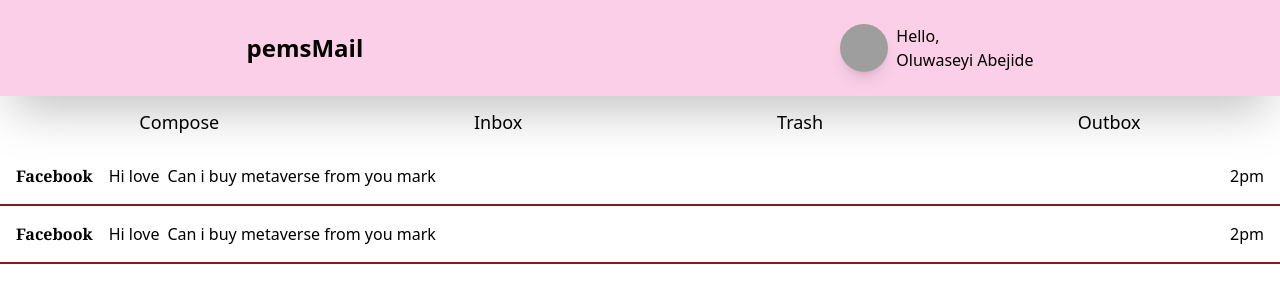
Repository: Semanmernstack/mailclone
Page: /
These files come from the project's save history. The page is drawn as it stood at one moment and after the next save; the edit follows.
The browser window is 1280 px wide. The pictures show the whole page.
Pictures or frames that could not be fetched are drawn as grey boxes. The project was rebuilt for these pictures with package versions that can differ from the ones it lists, and the page was loaded fresh each time. Also part of the build but not shown: src/features/counter/Counter.module.css, src/features/counter/Counter.js.

Above is the page before, as saved 2023-01-16 02:53:44.

### src/App.js
import React from 'react';

import { Counter } from './features/counter/Counter';
import Header from './Header';
import {
  BrowserRouter,
  Routes,
  Route,
} from "react-router-dom";
import Open from './Open';
import Topbar from './Topbar';


function App() {
  return (
    <div className="App">

      <BrowserRouter>

        <Header/>
        <Topbar/>
        <Routes>
          <Route exact path="/" element={<Open/>} />
        </Routes>
      </BrowserRouter>
    </div>
  );
}

export default App;

### src/features/counter/counterSlice.js
import { createAsyncThunk, createSlice } from '@reduxjs/toolkit';
import { fetchCount } from './counterAPI';

const initialState = {
  value: 0,
  status: 'idle',
};

// The function below is called a thunk and allows us to perform async logic. It
// can be dispatched like a regular action: `dispatch(incrementAsync(10))`. This
// will call the thunk with the `dispatch` function as the first argument. Async
// code can then be executed and other actions can be dispatched. Thunks are
// typically used to make async requests.
export const incrementAsync = createAsyncThunk(
  'counter/fetchCount',
  async (amount) => {
    const response = await fetchCount(amount);
    // The value we return becomes the `fulfilled` action payload
    return response.data;
  }
);

export const counterSlice = createSlice({
  name: 'counter',
  initialState,
  // The `reducers` field lets us define reducers and generate associated actions
  reducers: {
    increment: (state) => {
      // Redux Toolkit allows us to write "mutating" logic in reducers. It
      // doesn't actually mutate the state because it uses the Immer library,
      // which detects changes to a "draft state" and produces a brand new
      // immutable state based off those changes
      state.value += 1;
    },
    decrement: (state) => {
      state.value -= 1;
    },
    // Use the PayloadAction type to declare the contents of `action.payload`
    incrementByAmount: (state, action) => {
      state.value += action.payload;
    },
  },
  // The `extraReducers` field lets the slice handle actions defined elsewhere,
  // including actions generated by createAsyncThunk or in other slices.
  extraReducers: (builder) => {
    builder
      .addCase(incrementAsync.pending, (state) => {
        state.status = 'loading';
      })
      .addCase(incrementAsync.fulfilled, (state, action) => {
        state.status = 'idle';
        state.value += action.payload;
      });
  },
});

export const { increment, decrement, incrementByAmount } = counterSlice.actions;

// The function below is called a selector and allows us to select a value from
// the state. Selectors can also be defined inline where they're used instead of
// in the slice file. For example: `useSelector((state: RootState) => state.counter.value)`
export const selectCount = (state) => state.counter.value;

// We can also write thunks by hand, which may contain both sync and async logic.
// Here's an example of conditionally dispatching actions based on current state.
export const incrementIfOdd = (amount) => (dispatch, getState) => {
  const currentValue = selectCount(getState());
  if (currentValue % 2 === 1) {
    dispatch(incrementByAmount(amount));
  }
};

export default counterSlice.reducer;

### src/Header.js
import React from 'react'

function Header() {
  return (
    <div className="flex items-center justify-around p-2     h-24 bg-pink-200 border-b-pink-800 shadow-2xl">
        <div>
            <h1 className="text-lg md:text-2xl font-semibold">pemsMail</h1>

        </div>
        <div className="flex items-center justify-evenly">

            <img className="h-12 w-12 rounded-full shadow-lg" src="https://cdn.pixabay.com/photo/2022/12/01/12/26/countryside-7629017__340.jpg" alt="pic" />
            <div className="ml-2">
                <p>Hello,</p>
                <p>Oluwaseyi Abejide</p>
            </div>
        </div>
    </div>
  )
}

export default Header

### src/Open.js
import React from 'react'
import OpenRow from './OpenRow'

function Open() {
  return (
    <div>
         <OpenRow
                    title="Facebook"
                    subject="Hi love"
                    description="Can i buy metaverse from you mark"
                    time="2pm"
                />
                <OpenRow
                    title="Facebook"
                    subject="Hi love"
                    description="Can i buy metaverse from you mark"
                    time="2pm"
                />
    </div>
  )
}

export default Open

### src/Topbar.js
import React from 'react'

function Topbar() {
  return (
    <div className="flex items-center justify-around text-lg p-3">
        <div className='hover:underline hover:text-red-900 hover:text-2xl'>
            <p>Compose</p>
        </div>
        <div className='hover:underline hover:text-red-900 hover:text-2xl'>
            <p>Inbox</p>
        </div>
        <div className='hover:underline hover:text-red-900 hover:text-2xl'>
            <p>Trash</p>
        </div>
        <div className='hover:underline hover:text-red-900 hover:text-2xl'>
            <p>Outbox</p>
        </div>
    </div>
  )
}

export default Topbar

### src/OpenRow.js
import React from 'react'

function OpenRow({ title, subject, description, time }) {
  return (
    <div className="flex items-center gap-4 border-b-2 border-b-red-900 p-4">
      <div className="font-bold font-serif">
            <h3>{title}</h3>
        </div>
        <div className="flex-1">
            <h4>{subject}
                <span className="ml-2"  >{description}</span>
            </h4>
        </div>
        <div className="">
            <h4>{time}</h4>
        </div>
    </div>
  )
}

export default OpenRow

Loaded but not shown: public/index.html (common file); src/index.js (common file); src/app/store.js (common file); src/reportWebVitals.js (common file); src/index.css (common file); src/features/counter/counterAPI.js (common file); tailwind.config.js (common file)

After the next save:
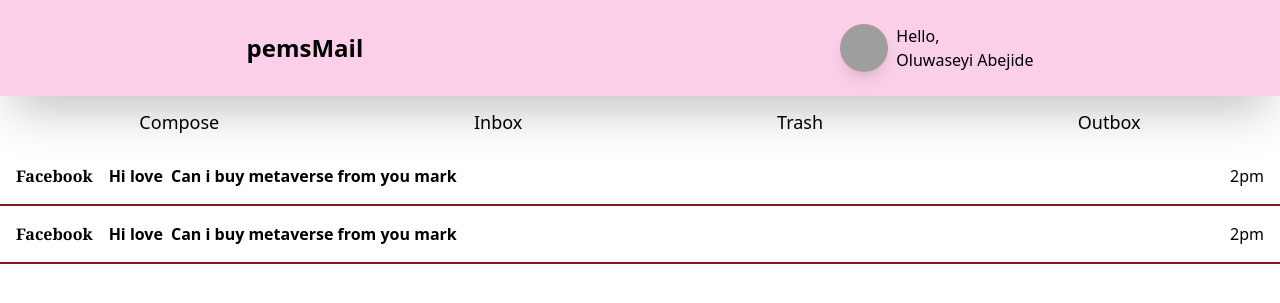
Saved 41 s later.
--- a/src/OpenRow.js
+++ b/src/OpenRow.js
@@ -7,7 +7,7 @@ function OpenRow({ title, subject, description, time }) {
             <h3>{title}</h3>
         </div>
         <div className="flex-1">
-            <h4>{subject}
+            <h4 className="font-semibold">{subject}
                 <span className="ml-2"  >{description}</span>
             </h4>
         </div>
